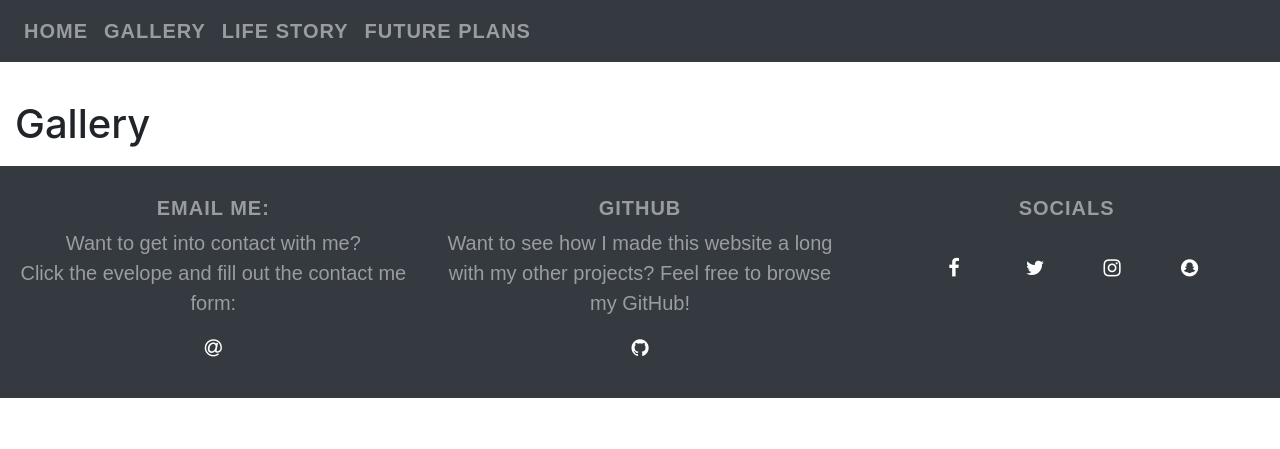
Repository: Code-Institute-Submissions/user-centric-frontend-dev-milestone-project
Page: gallery.html
The author's editor kept a record of every edit. The page is drawn from the files as they stood at one moment, then again after the next edit.
The browser window is 1280 px wide. The pictures show the whole page.
Some web fonts or font styles are not loaded; a fallback is used.

Above is the page before.

### gallery.html
<!DOCTYPE html>
<html lang="en">

<head>
    <meta charset="UTF-8">
    <meta name="viewport" content="width=device-width, initial-scale=1.0">
    <meta http-equiv="X-UA-Compatible" content="ie=edge">
    <link rel="stylesheet" href="assets/css/style.css" type="text/css" />
    <link rel="stylesheet" href="https://stackpath.bootstrapcdn.com/font-awesome/4.7.0/css/font-awesome.min.css" type="text/css" />
    <link rel="stylesheet" href="https://stackpath.bootstrapcdn.com/bootstrap/4.3.1/css/bootstrap.min.css" type="text/css" />
    <title>Will Penrose Autobiography</title>
</head>

<body>
    <header>
        <!--------------------------------------NAVBAR----------------------------->

        <nav class="navbar navbar-expand-sm navbar-dark bg-dark fixed-top text-uppercase">
            <button class="navbar-toggler" data-toggle="collapse" data-target="#collapse_target">
                <span class="navbar-toggler-icon"></span>
            </button>
            <div class="collapse navbar-collapse" id="collapse_target">
                <ul class="navbar-nav">
                    <li class="nav-item">
                        <a class="nav-link" href="index.html">Home</a>
                    </li>
                    <li class="nav-item">
                        <a class="nav-link" href="gallery.html">Gallery</a>
                    </li>
                    <li class="nav-item">
                        <a class="nav-link" href="story.html">Life Story</a>
                    </li>
                    <li class="nav-item">
                        <a class="nav-link" href="plans.html">Future Plans</a>
                    </li>
                </ul>
            </div>
        </nav>

        <!--------------------------------------MAIN CONTENT----------------------------->

        <section class="gallery">
            <div class="container-fluid">
                <div class="row">
                    <div class="col-12">
                        <h1 class="gallery-heading">Gallery</h1>
                    </div>
        </section>

        <!--------------------------------------FOOTER----------------------------------->
        <footer>
            <div class="container-fluid">
                <div class="row">
                    <div class="col-sm-4 footer-paragraph">
                        <h4 class="footer-section text-uppercase">Email Me:</h4>
                        <p>
                            Want to get into contact with me?<br> Click the evelope and fill out the contact me form:
                            <br>
                            <a href="contact.html" target="_blank">
                            <i class="fa fa-at email" aria-hidden="true"></i>
                            <span class="sr-only">Email</span>
                        </a>
                        </p>
                    </div>
                    <div class="col-sm-4 footer-paragraph">
                        <h4 class="footer-section text-uppercase social-links">GitHub</h4>
                        <p>
                            Want to see how I made this website a long with my other projects? Feel free to browse my GitHub!
                            <br>
                            <a href="https://github.com/mrwillpenrose" target="_blank">
                            <i class="fa fa-github" aria-hidden="true"></i>
                            <span class="sr-only">GitHub</span>
                        </a>
                        </p>
                    </div>
                    <div class="col-sm-4 footer-paragraph">
                        <h4 class="footer-section text-uppercase">Socials</h4>
                        <ul class="list-inline social-links">
                            <li class="list-inline-item">
                                <a href="https://www.facebook.com/will.penrose.94" target="_blank">
                                <i class="fa fa-facebook" aria-hidden="true"></i>
                                <span class="sr-only">Facebook</span>
                            </a>
                            </li>
                            <li class="list-inline-item">
                                <a href="https://twitter.com/WillP3nrose" target="_blank">
                                <i class="fa fa-twitter" aria-hidden="true"></i>
                                <span class="sr-only">Twitter</span>
                            </a>
                            </li>
                            <li class="list-inline-item">
                                <a href="https://www.instagram.com/mrwillpenrose/" target="_blank">
                                <i class="fa fa-instagram" aria-hidden="true"></i>
                                <span class="sr-only">Instagram</span>
                            </a>
                            </li>
                            <li class="list-inline-item">
                                <a href="https://imgur.com/5HMoy86" target="_blank">
                                <i class="fa fa-snapchat" aria-hidden="true"></i>
                                <span class="sr-only">Snapchat</span>
                            </a>
                            </li>
                        </ul>
                    </div>
                </div>
            </div>
        </footer>
</body>

</html>

### assets/css/style.css
@import url('https://fonts.googleapis.com/css?family=Odibee+Sans&display=swap:100,200,300,400,500,600,700|PT Sans Narrow:100,200,300,400,500,600,700');

/*---------------------------Navbar*/

.navbar {
    font-family: "Odibee Sans", sans-serif;
    font-size: 20px;
    letter-spacing: 1px;
    font-weight: 600;
}

/*---------------------------General*/

.inline-block {
    display: inline-block;
}

/*---------------------------Home Page Heading*/

.heading {
    text-align: center;
    margin: 0;
    padding-top: 100px;
}

img {
    width: 100%;
    height: 100%;
}

.jumbotron .name {
    font-family: "Odibee Sans", sans-serif;
    font-weight: 500;
    font-size: 60px
}

.jumbotron .title {
    font-family: "PT Sans Narrow", sans-serif;
    font-weight: 300;
    font-size: 40px
}

/*----------------------Home Page Text*/

.paragraph-heading {
    font-family: "Odibee Sans", sans-serif;
    font-size: 50px;
    text-align: center;
    text-decoration: underline;

}

.home-paragraphs {
    font-family: "PT Sans Narrow", sans-serif;
    font-size: 30px;
    width: 100%;
}

/*----------------------Media Quires*/

@media (max-width: 992px) {
    .home-paragraphs {
        padding-top: 20px;
    }
}

/*----------------------Contact Form*/

.contact-title {
    text-align: center;
}

/*----------------------Footer and Socials*/

footer {
    background-color: #343a40;
    color: rgba(255, 255, 255, 0.5);
    margin-top: 10px
}

.footer-paragraph {
    font-family: "PT Sans Narrow", sans-serif;
    text-align: center;
    font-size: 20px;
    font-weight: 400;
}

.footer-section {
    padding-top: 30px;
    text-align: center;
    font-family: "Odibee Sans", sans-serif;
    letter-spacing: 1px;
    font-size: 20px;
    font-weight: 600;
}

/*----------------------Footer Icons*/

.social-links li a i {
    width: 64px;
    height: 64px;
    color: #fff;
    padding: 30px;
}


p a i {
    width: 64px;
    height: 64px;
    color: #fff;
    padding-top: 20px;
}


/*----------------------Story Page*/

.story {
    margin: 0;
    padding-top: 100px;
}

.story-heading {
    font-family: "Odibee Sans", sans-serif;
    font-size: 50px;
    text-align: center;
}

.story-paragraphs {
    font-family: "PT Sans Narrow", sans-serif;
    font-size: 30px;
    display: inline-block;
}


/*----------------------Story Subheadings*/

.birth-subheading {
    font-family: "Odibee Sans", sans-serif;
    font-size: 40px;
    text-align: left;
    text-decoration: underline;
    padding-bottom: 10px
}

.years-subheading {
    font-family: "Odibee Sans", sans-serif;
    font-size: 40px;
    text-align: left;
    text-decoration: underline;
    padding-bottom: 10px
}

.leading-subheading {
    font-family: "Odibee Sans", sans-serif;
    font-size: 40px;
    text-align: left;
    text-decoration: underline;
    padding-bottom: 10px
}

.teen-subheading {
    font-family: "Odibee Sans", sans-serif;
    font-size: 40px;
    text-align: left;
    text-decoration: underline;
    padding-bottom: 10px
}

.present-subheading {
    font-family: "Odibee Sans", sans-serif;
    font-size: 40px;
    text-align: left;
    text-decoration: underline;
    padding-bottom: 10px
}


/*----------------------Family Page*/

.gallery {
    margin: 0;
    padding-top:100px;
}

.family-heading {
    font-family: "Odibee Sans", sans-serif;
    text-align: center;
    font-size: 50px;
}

After the next edit:
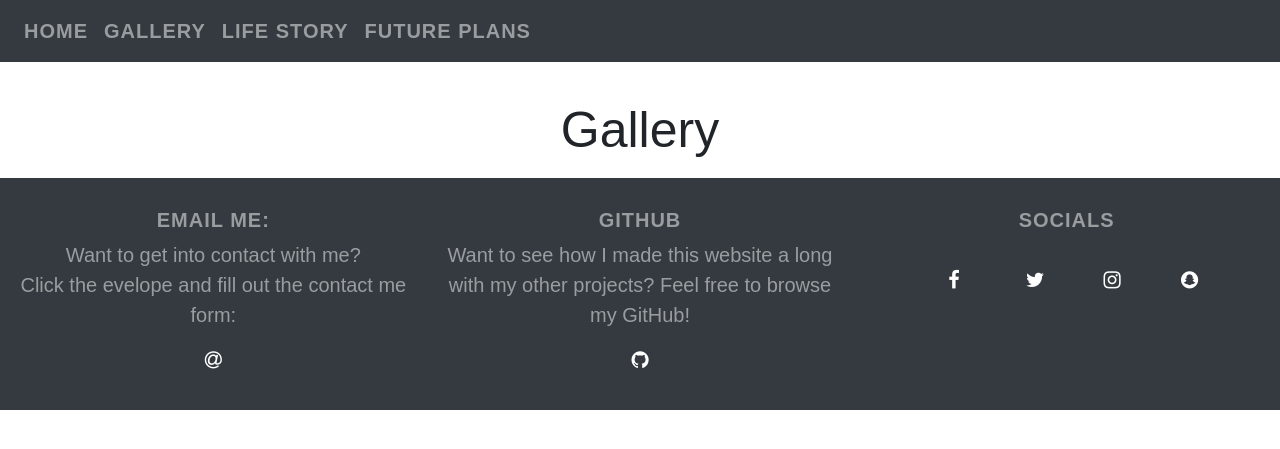
The edit:
--- a/assets/css/style.css
+++ b/assets/css/style.css
@@ -182,7 +182,7 @@
     padding-top:100px;
 }
 
-.family-heading {
+.gallery-heading {
     font-family: "Odibee Sans", sans-serif;
     text-align: center;
     font-size: 50px;
